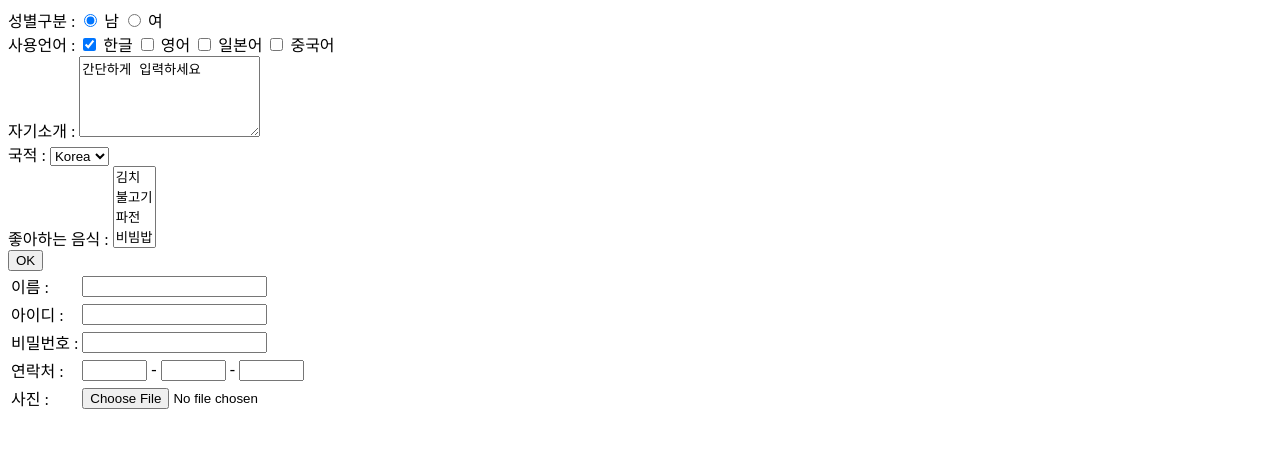
Repository: usonihs/StudyX
Page: JSP/HTML/src/main/webapp/Lec06Quiz.html
An editor plug-in stored every save of this project. The page is shown before and after the next save, followed by the edit.
The browser window is 1280 px wide. The pictures show the whole page.

Above is the page before, as saved 2022-10-19 06:34:53.

After the next save:
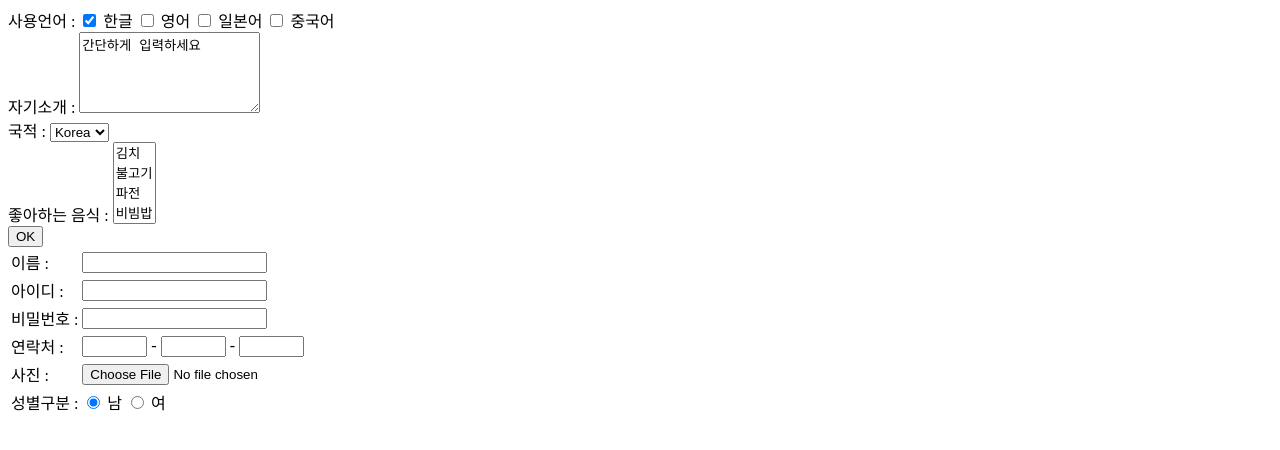
Saved 40 s later.
--- a/JSP/HTML/src/main/webapp/Lec06Quiz.html
+++ b/JSP/HTML/src/main/webapp/Lec06Quiz.html
@@ -53,9 +53,17 @@
 		 <input type="file" name="picture"><br>
 		</td>
 		</tr>
+
+		<tr>
+		<td>
 		성별구분 :
+		</td>
+		<td>
 		<input type="radio" name="gender" Value="man" checked="checked"> 남
 		<input type="radio" name="gender" Value="woman"> 여 <br>
+		</td>
+		</tr>
+
 		사용언어 :
 		<input type="checkbox" name="lang" value="kor" checked="checked"> 한글
 		<input type="checkbox" name="lang" value="eng"> 영어
